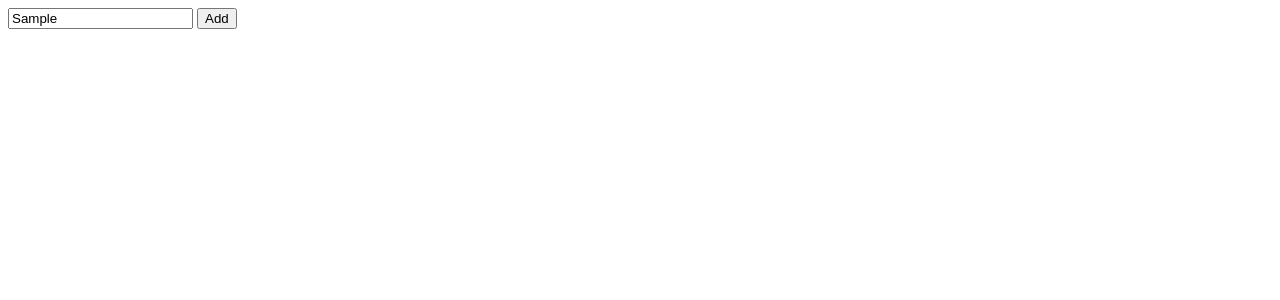
Repository: darihafebi825-collab/TODO-APP
Page: index.htm
These files come from the project's save history. The page is drawn as it stood at one moment and after the next save; the edit follows.
The browser window is 1280 px wide. The pictures show the whole page.
Empty fields were first filled with sample values (such as "Sample", 5 or name@example.com).
After loading, the first visible `button` was clicked once.

Above is the page before, as saved 2026-02-01 17:47:44.

### index.htm
<!DOCTYPE html>
<html>
<head>
    <title>Input Example</title>
</head>
<body>

    <input type="text" id="taskInput" placeholder="Enter your task">
    <button onclick="getInput()">Add</button>

    <script>
        function getInput() {
            const value = document.getElementById("taskInput").value;
            alert(value);
        }
    </script>

</body>
</html>

After the next save:
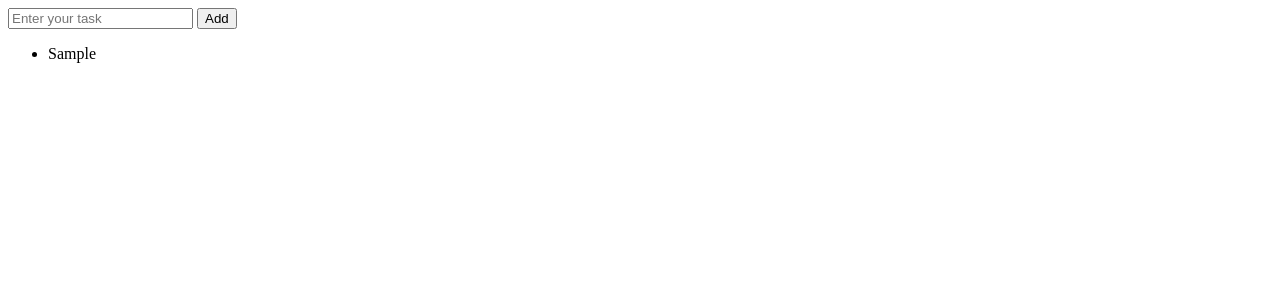
Saved 1 s later.
--- a/index.htm
+++ b/index.htm
@@ -1,17 +1,26 @@
 <!DOCTYPE html>
 <html>
 <head>
-    <title>Input Example</title>
+    <title>To-Do Input & List</title>
 </head>
 <body>
 
     <input type="text" id="taskInput" placeholder="Enter your task">
-    <button onclick="getInput()">Add</button>
+    <button onclick="addTask()">Add</button>
+
+    <ul id="taskList"></ul>
 
     <script>
-        function getInput() {
-            const value = document.getElementById("taskInput").value;
-            alert(value);
+        function addTask() {
+            const task = document.getElementById("taskInput").value;
+
+            if (task === "") return;
+
+            const li = document.createElement("li");
+            li.textContent = task;
+
+            document.getElementById("taskList").appendChild(li);
+            document.getElementById("taskInput").value = "";
         }
     </script>
 
